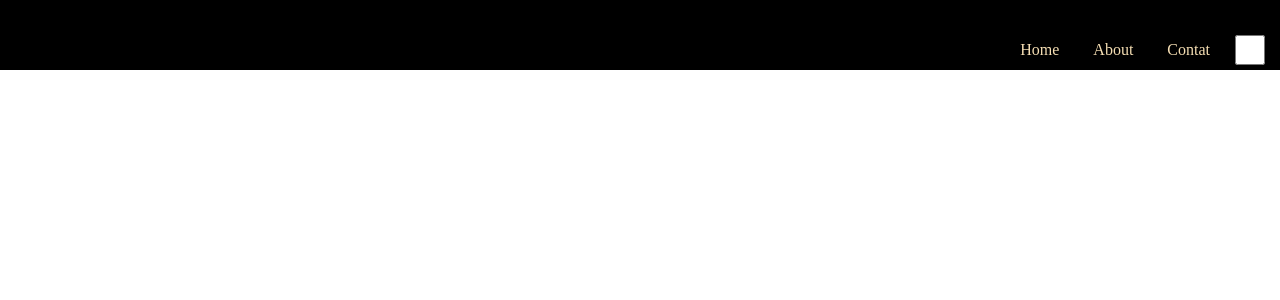
Repository: imokha01/toggleNavBar
Page: index.html
An editor plug-in stored every save of this project. The page is shown before and after a run of saves, followed by the edit.
The browser window is 1280 px wide. The pictures show the whole page.

Above is the page before, as saved 2023-12-26 22:21:29.

### index.html
<!DOCTYPE html>
<html lang="en">
<head>
    <meta charset="UTF-8">
    <meta name="viewport" content="width=device-width, initial-scale=1.0">
    <title>Toggle Nav Bar</title>
    <link rel="stylesheet" href="style.css">
</head>
<body>
    <header class="header">
        <div class="header__content">
            <nav class="header__content__navbar">
                <li class="header__content__navbar__list">
                    <a href="#" class="header__content__navbar__link">Home</a>
                </li>
                <li class="header__content__navbar__list">
                    <a href="#" class="header__content__navbar__link">About</a>
                </li>
                <li class="header__content__navbar__list">
                    <a href="#" class="header__content__navbar__link">Contat</a>
                </li>
            </nav>
            <input type="checkbox" class="checkbox toggle-triger">
        </div>

    </header>
</body>
</html>

### style.css
*{
    margin: 0;
    padding: 0;
    box-sizing: border-box;
}

.header {
    height: 20px;
    background: #000;
    height: 70px;

}


.header__content__navbar__list {
    display: inline-block;
    list-style-type: none;
}

.header__content__navbar__link{
    color: wheat;
    text-decoration: none;
    padding: 15px;
}

.header__content {
    display: flex;
    justify-content: end;
    align-items: center;
    padding: 15px;
    gap: 10px;
}

.checkbox {
    width: 30px;
    height:70px;

}

After the next 2 saves:
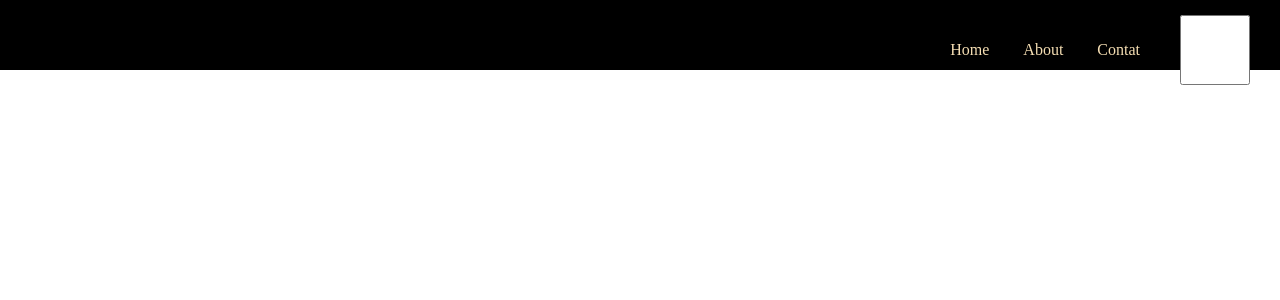
The 2 saves are shown as one change because they came seconds apart.
The last was saved 21 s later.
--- a/style.css
+++ b/style.css
@@ -32,7 +32,7 @@
 }
 
 .checkbox {
-    width: 30px;
+    width: 100px;
     height:70px;
 
 }
